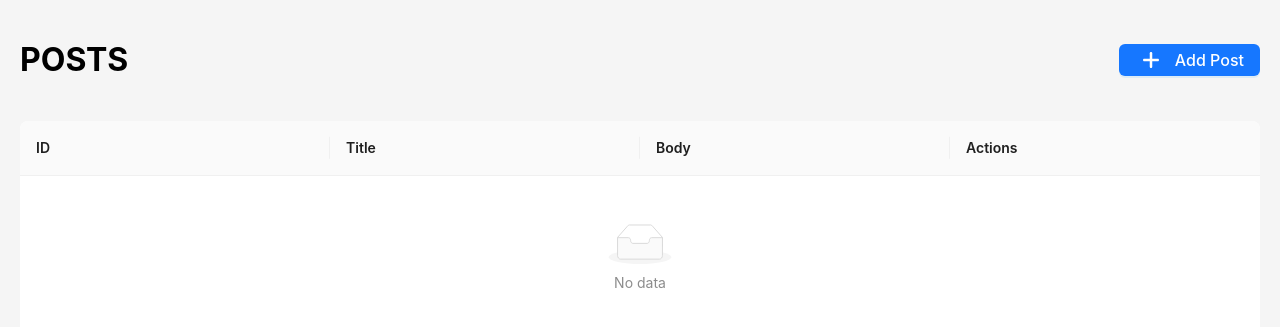
Repository: yasserrrz/Denamo-posts
Page: /
An editor plug-in stored every save of this project. The page is shown before and after the next save, followed by the edit.
The browser window is 1280 px wide. The pictures show the whole page.
The page's requests for data from a server got no answer. The project was rebuilt for these pictures with package versions that can differ from the ones it lists, and the page was loaded fresh each time. No one was signed in, and anything a server would have sent is missing. Also part of the build but not shown: src/components/PostForm.tsx.

Above is the page before, as saved 2024-11-28 16:31:07.

After the next save:
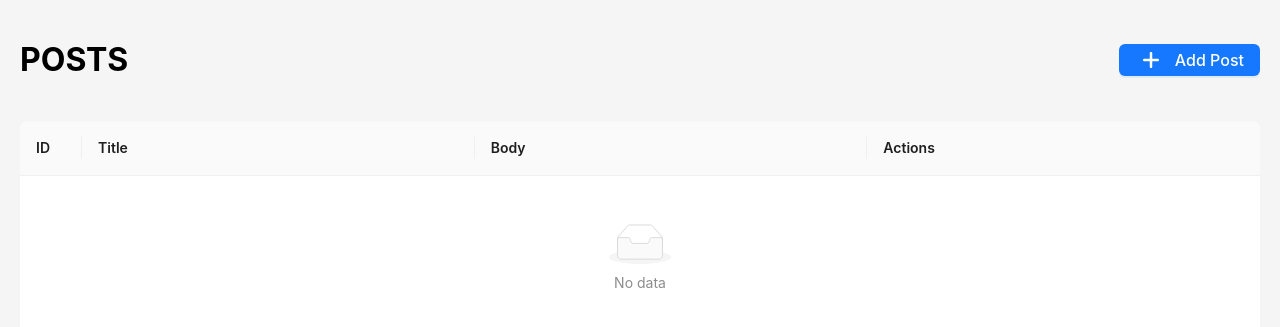
Saved 9 min 19 s later.
--- a/src/components/DataTable.tsx
+++ b/src/components/DataTable.tsx
@@ -80,7 +80,8 @@ const DataTable: React.FC = () => {
       title: 'ID',
       dataIndex: 'id',
       key: 'id',
-
+      width: '5%',
+      render: (text: string) => <span style={{ fontSize: '12px', color: '#888' }}>{text}</span>,
     },
     {
       title: 'Title',
